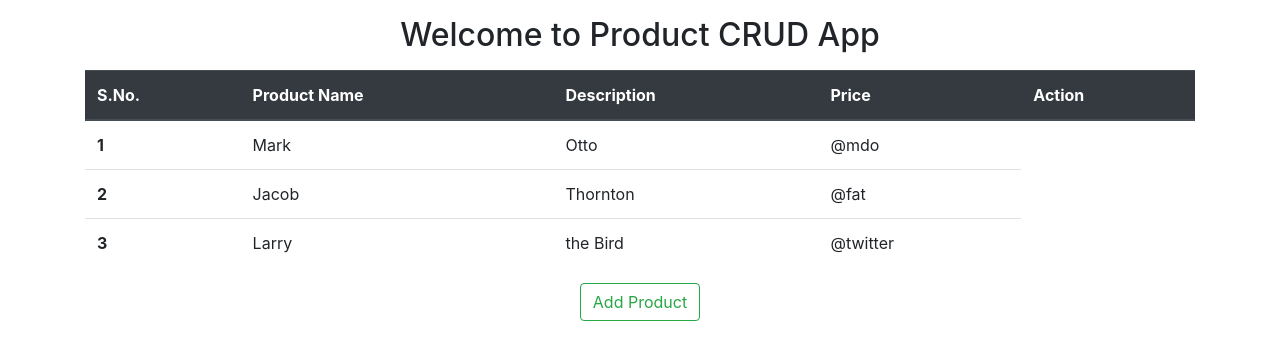
Repository: saroj789/Spring-Practice
Page: http://localhost/productcrudapp/WEB-INF/views/home.jsp
These files come from the project's save history. The page is drawn as it stood at one moment and after the next save; the edit follows.
The browser window is 1280 px wide. The pictures show the whole page.
The page is served by Tomcat 9. Nobody is signed in. Other server files are loaded and not shown. The template is opened directly, without the code that normally fills it, so the values that code supplies are empty.

Above is the page before, as saved 2023-07-23 08:40:03.

### productcrudapp/src/main/webapp/WEB-INF/views/home.jsp
<%@ page language="java" contentType="text/html; charset=UTF-8"
    pageEncoding="UTF-8"%>
<!DOCTYPE html>
<html>
<head>
<meta charset="UTF-8">
 <%@include file="./base.jsp" %>
</head>
<body>

	<div class="container mt-3">
		<div class="row">
			<div class="col-md-12">
				<h2 class="text-center mb-3">Welcome to Product CRUD App</h2>
				<table class="table">
				  <thead class="thead-dark">
				    <tr>
				      <th scope="col">S.No.</th>
				      <th scope="col">Product Name</th>
				      <th scope="col">Description</th>
				      <th scope="col">Price</th>
				      <th scope="col">Action</th>
				    </tr>
				  </thead>
				  <tbody>
				    <tr>
				      <th scope="row">1</th>
				      <td>Mark</td>
				      <td>Otto</td>
				      <td>@mdo</td>
				    </tr>
				    <tr>
				      <th scope="row">2</th>
				      <td>Jacob</td>
				      <td>Thornton</td>
				      <td>@fat</td>
				    </tr>
				    <tr>
				      <th scope="row">3</th>
				      <td>Larry</td>
				      <td>the Bird</td>
				      <td>@twitter</td>
				    </tr>
				  </tbody>
				</table>

				<div class="container text-center">
			      <a href="${pageContext.request.contextPath}/addproduct"
			      	  class="btn btn-outline-success">Add Product</a>
		     	 </div>
			</div>
		</div>
	</div>

</body>
</html>

### productcrudapp/src/main/webapp/WEB-INF/views/base.jsp
<%@ page language="java" contentType="text/html; charset=UTF-8"
    pageEncoding="UTF-8"%>
<%@ taglib prefix = "c" uri = "http://java.sun.com/jsp/jstl/core" %>
<%@page isELIgnored="false" %>

 	<meta charset="utf-8">
    <meta name="viewport" content="width=device-width, initial-scale=1, shrink-to-fit=no">

    <!-- Bootstrap CSS -->
    <link rel="stylesheet" href="https://cdn.jsdelivr.net/npm/bootstrap@4.3.1/dist/css/bootstrap.min.css" integrity="sha384-ggOyR0iXCbMQv3Xipma34MD+dH/1fQ784/j6cY/iJTQUOhcWr7x9JvoRxT2MZw1T" crossorigin="anonymous">

    <title> <c:out value="${title}">Product CRUD APP</c:out> </title>

    <!-- Optional JavaScript -->
    <!-- jQuery first, then Popper.js, then Bootstrap JS -->
    <script src="https://code.jquery.com/jquery-3.3.1.slim.min.js" integrity="sha384-q8i/X+965DzO0rT7abK41JStQIAqVgRVzpbzo5smXKp4YfRvH+8abtTE1Pi6jizo" crossorigin="anonymous"></script>
    <script src="https://cdn.jsdelivr.net/npm/popper.js@1.14.7/dist/umd/popper.min.js" integrity="sha384-UO2eT0CpHqdSJQ6hJty5KVphtPhzWj9WO1clHTMGa3JDZwrnQq4sF86dIHNDz0W1" crossorigin="anonymous"></script>
    <script src="https://cdn.jsdelivr.net/npm/bootstrap@4.3.1/dist/js/bootstrap.min.js" integrity="sha384-JjSmVgyd0p3pXB1rRibZUAYoIIy6OrQ6VrjIEaFf/nJGzIxFDsf4x0xIM+B07jRM" crossorigin="anonymous"></script>

After the next save:
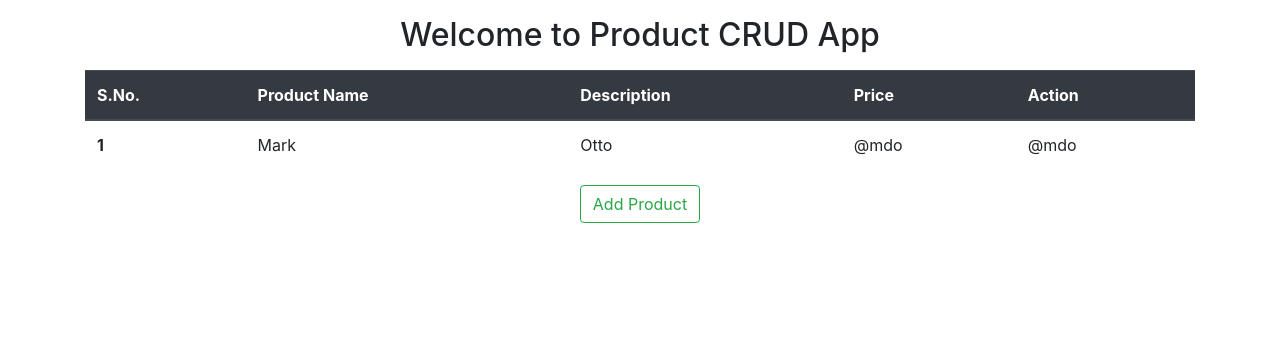
Saved 28 s later.
--- a/productcrudapp/src/main/webapp/WEB-INF/views/home.jsp
+++ b/productcrudapp/src/main/webapp/WEB-INF/views/home.jsp
@@ -28,19 +28,9 @@
 				      <td>Mark</td>
 				      <td>Otto</td>
 				      <td>@mdo</td>
+				      <td>@mdo</td>
 				    </tr>
-				    <tr>
-				      <th scope="row">2</th>
-				      <td>Jacob</td>
-				      <td>Thornton</td>
-				      <td>@fat</td>
-				    </tr>
-				    <tr>
-				      <th scope="row">3</th>
-				      <td>Larry</td>
-				      <td>the Bird</td>
-				      <td>@twitter</td>
-				    </tr>
+
 				  </tbody>
 				</table>
 
